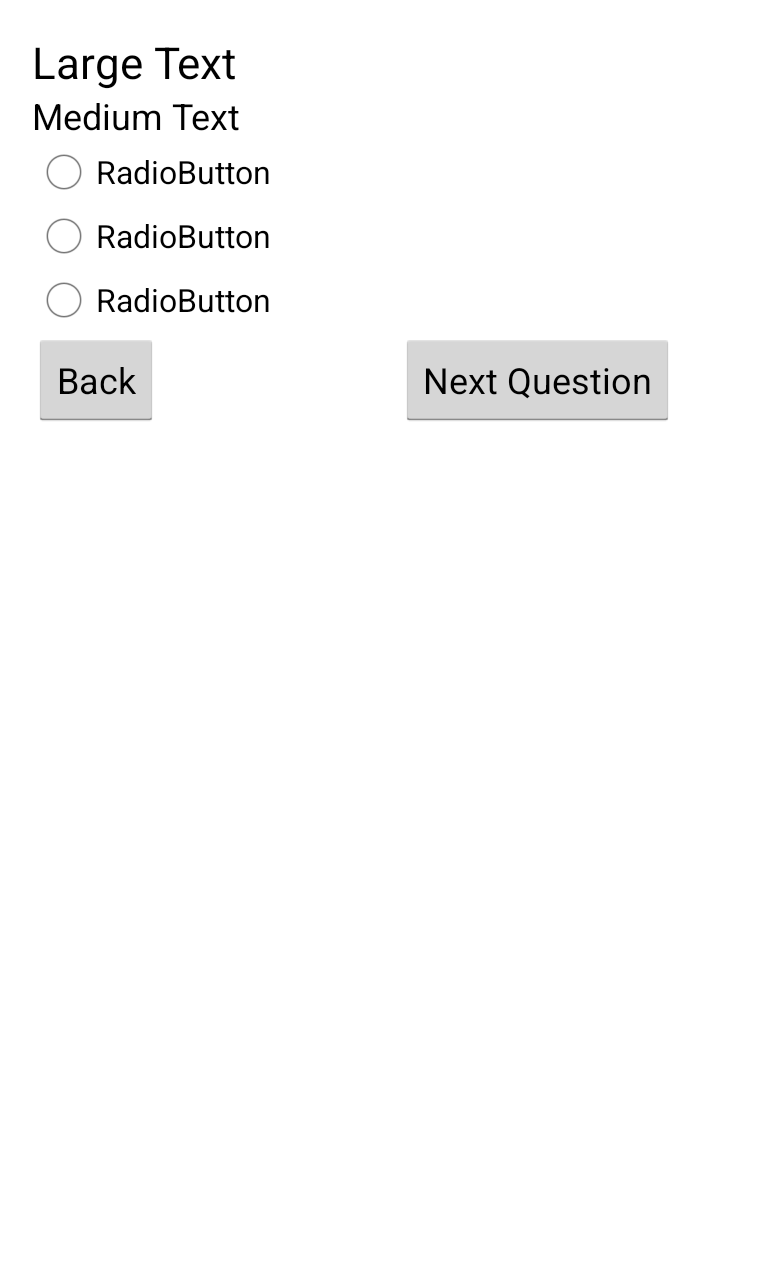
Repository: Sharkeysps/AndroidProjects
Layout: AndroidQuiz/Quiz/res/layout/activity_question_panel.xml
An editor plug-in stored every save of this project. The layout is shown before and after the next save, followed by the edit.
It is drawn on a 768 x 1280 px phone screen (xhdpi) without system bars, with theme AppTheme; the app's code is not run.

Above is the layout before, as saved 2014-02-01 10:31:41.

After the next save:
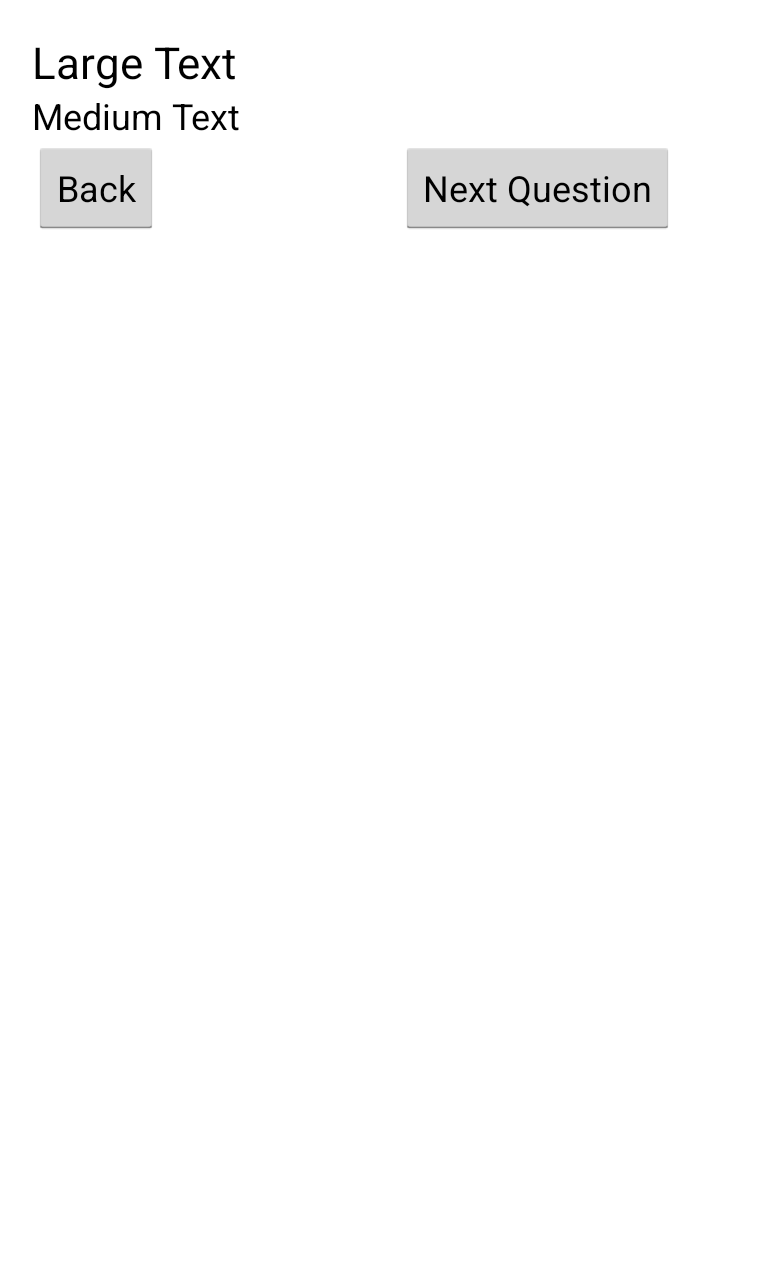
Saved 113 s later.
--- a/AndroidQuiz/Quiz/res/layout/activity_question_panel.xml
+++ b/AndroidQuiz/Quiz/res/layout/activity_question_panel.xml
@@ -23,13 +23,17 @@
         android:text="Medium Text"
         android:textAppearance="?android:attr/textAppearanceMedium" />
 
-    <RadioButton
+
+
+    <RadioGroup >
+
+           <RadioButton
         android:id="@+id/radioButton1"
         android:layout_width="wrap_content"
         android:layout_height="wrap_content"
         android:text="RadioButton" />
 
-    <RadioButton
+        <RadioButton
         android:id="@+id/radioButton2"
         android:layout_width="wrap_content"
         android:layout_height="wrap_content"
@@ -39,7 +43,9 @@
         android:id="@+id/radioButton3"
         android:layout_width="wrap_content"
         android:layout_height="wrap_content"
-        android:text="RadioButton" />
+        android:text="RadioButton" /></RadioGroup>
+
+
 
     <RelativeLayout
         android:layout_width="match_parent"

After the save that followed:
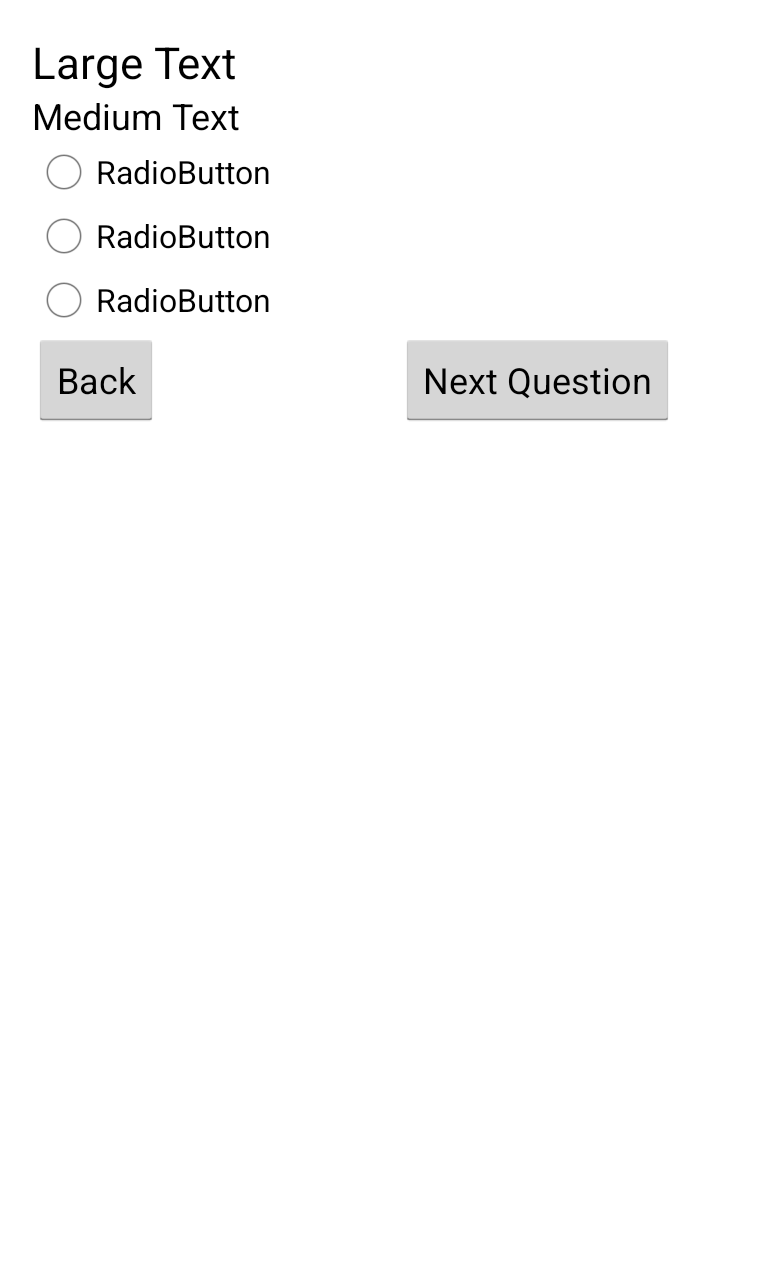
Saved 17 s later.
--- a/AndroidQuiz/Quiz/res/layout/activity_question_panel.xml
+++ b/AndroidQuiz/Quiz/res/layout/activity_question_panel.xml
@@ -25,7 +25,9 @@
 
 
 
-    <RadioGroup >
+    <RadioGroup android:id="@+id/radioQuestion"
+        android:layout_width="wrap_content"
+        android:layout_height="wrap_content" >
 
            <RadioButton
         android:id="@+id/radioButton1"
